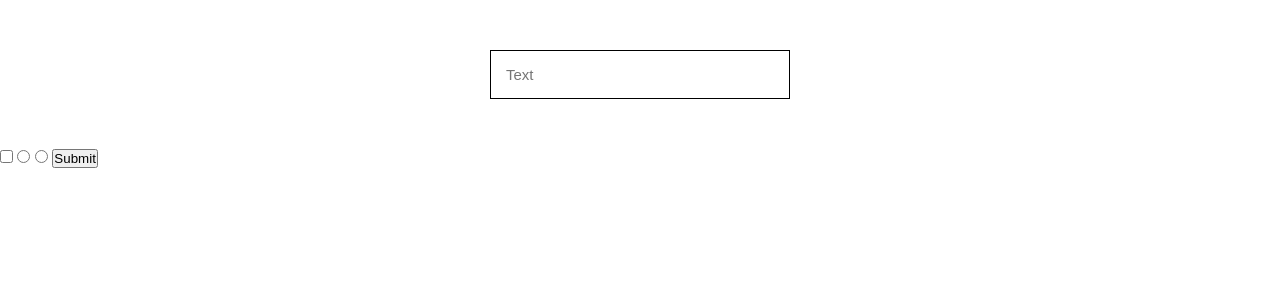
Repository: codysun1912/Javascript-coures
Page: index.html
These files come from the project's save history. The page is drawn as it stood at one moment and after the next save; the edit follows.
The browser window is 1280 px wide. The pictures show the whole page.

Above is the page before, as saved 2022-02-28 18:30:17.

### index.html
<!DOCTYPE html>
<html lang="en">
<head>
    <meta charset="UTF-8">
    <meta http-equiv="X-UA-Compatible" content="IE=edge">
    <meta name="viewport" content="width=device-width, initial-scale=1.0">
    <title>Javascript</title>
    <link rel="stylesheet" href="./css/app.css">

</head>
<body>
    <form class="form form-login">
        <input type="text" class="input" name = "name" placeholder="Text">
        <input type="checkbox" class="hobby"id="" value = "badminton">
        <input type="radio" class="gender" id="" value = " male">
        <input type="radio" class="gender" id="" value = " female">
        <button type="submit">Submit</button>
    </form>
    <script src="./Event/form.js"></script>
</body>
</html>

### css/app.css
html {
    box-sizing: border-box;
  }
  * {
    margin: 0;
    padding: 0;
  }
  *,
  *:before,
  *:after {
    box-sizing: border-box;
  }
  input,
  textarea,
  select,
  button {
    outline: none;
  }
  input {
    line-height: normal;
  }
  label,
  button {
    cursor: pointer;
  }
  a {
    text-decoration: none;
  }
  img {
    display: block;
    max-width: 100%;
  }
  *,
  *:before,
  *:after {
    box-sizing: border-box;
  }
  /* using rem unit */
  html {
    font-size: 62.5%;
  }
  a {
    text-decoration: none;
  }
  img {
    display: block;
    max-width: 100%;
  }
  body {
    font-family: "Poppins", sans-serif;
    font-size: 16px;
    line-height: 1;
  }
  /* .menu {
    width: 300px;
    position: fixed;
    top: 0;
    right: 0;
    bottom: 0;
    box-shadow: rgba(100, 100, 111, 0.2) 0px 7px 29px 0px;
    list-style: none;
    transform: translateX(100%);
    transition: transform 0.25s linear;
  }
  .menu.is-show {
    transform: translateX(0);
  }
  .menu-link {
    display: block;
    padding: 20px 15px;
    color: #333;
    border-bottom: 1px solid #eee;
  }
  .boxed {
    width: 200px;
    height: 200px;
    padding: 20px;
    margin-left: 50px;
    border: 5px solid;

    border-top: 50px solid;
  } */
  /* Modal */
 .input {
   padding:15px;
   border: 1px solid black;
   font-size:15px;
   width: 300px;
   margin:50px auto;
   display: block;

 }

### Event/form.js
const keyDown = document.querySelector(".input");
// keyDown.addEventListener("keydown" , function(event){
    // console.log(event.key);
    // console.log(event.keyCode);
    // console.log(event.which);
// })
// keyDown.addEventListener("keyup" , function(event){
//     console.log(event.key);

// })

// keyDown.addEventListener("change" , function(event){
//     console.log("working");

// })
// su kien xay ra khi an ra ngoai

// keyDown.addEventListener("focus" , function(event){
//     console.log("working");
// })

// keyDown.addEventListener("blur" , function(event){
//     console.log("working");
// })


const form = document.querySelector(".form");
form.addEventListener("submit", function(event){
    event.preventDefault();
    if(keyDown.value === ""){
        alert("not things");
    }
})

After the next save:
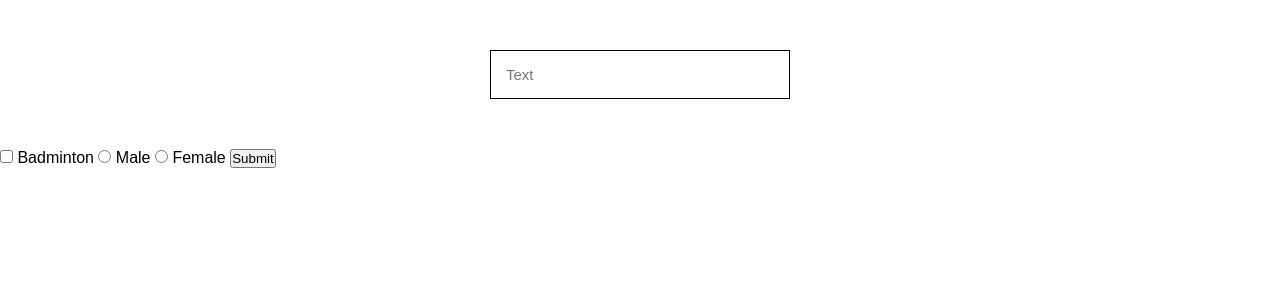
Saved 31 s later.
--- a/index.html
+++ b/index.html
@@ -11,9 +11,9 @@
 <body>
     <form class="form form-login">
         <input type="text" class="input" name = "name" placeholder="Text">
-        <input type="checkbox" class="hobby"id="" value = "badminton">
-        <input type="radio" class="gender" id="" value = " male">
-        <input type="radio" class="gender" id="" value = " female">
+        <input type="checkbox" class="hobby"id="" value = "badminton"> Badminton
+        <input type="radio" class="gender" id="" value = " male"> Male
+        <input type="radio" class="gender" id="" value = " female"> Female
         <button type="submit">Submit</button>
     </form>
     <script src="./Event/form.js"></script>
